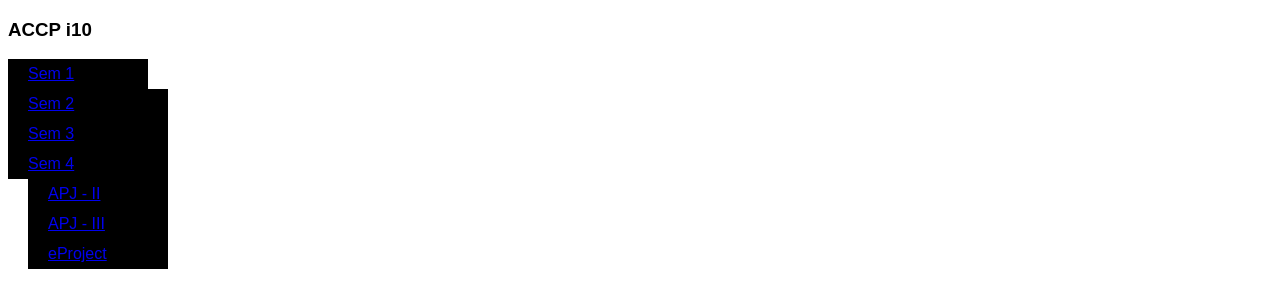
Repository: congle98/CSS_MenuDocCoBan
Page: index.html
The author's editor kept a copy of each file at every save. The page is drawn from the files as they stood at one save, then again after the next save.
The browser window is 1280 px wide. The pictures show the whole page.

Above is the page before, as saved 2021-05-26 14:42:19.

After the next save:
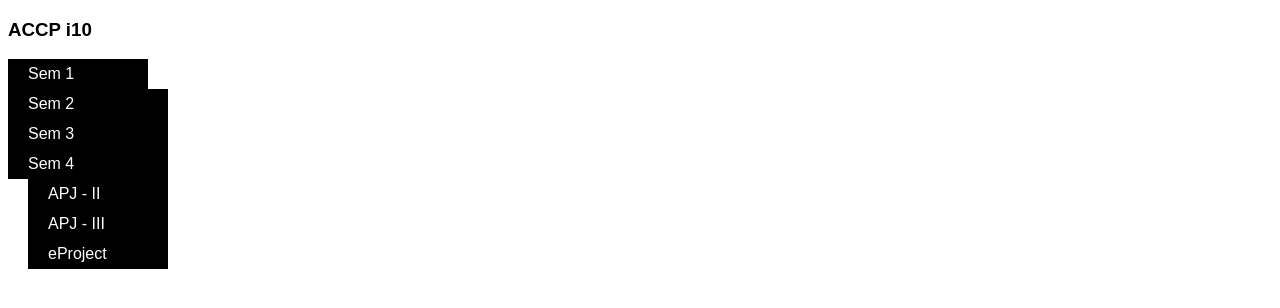
Saved 75 s later.
--- a/style.css
+++ b/style.css
@@ -15,3 +15,7 @@ body{
     line-height: 30px;
     cursor:pointer;
 }
+#menu li a{
+    text-decoration:none;
+    color: white;
+}
